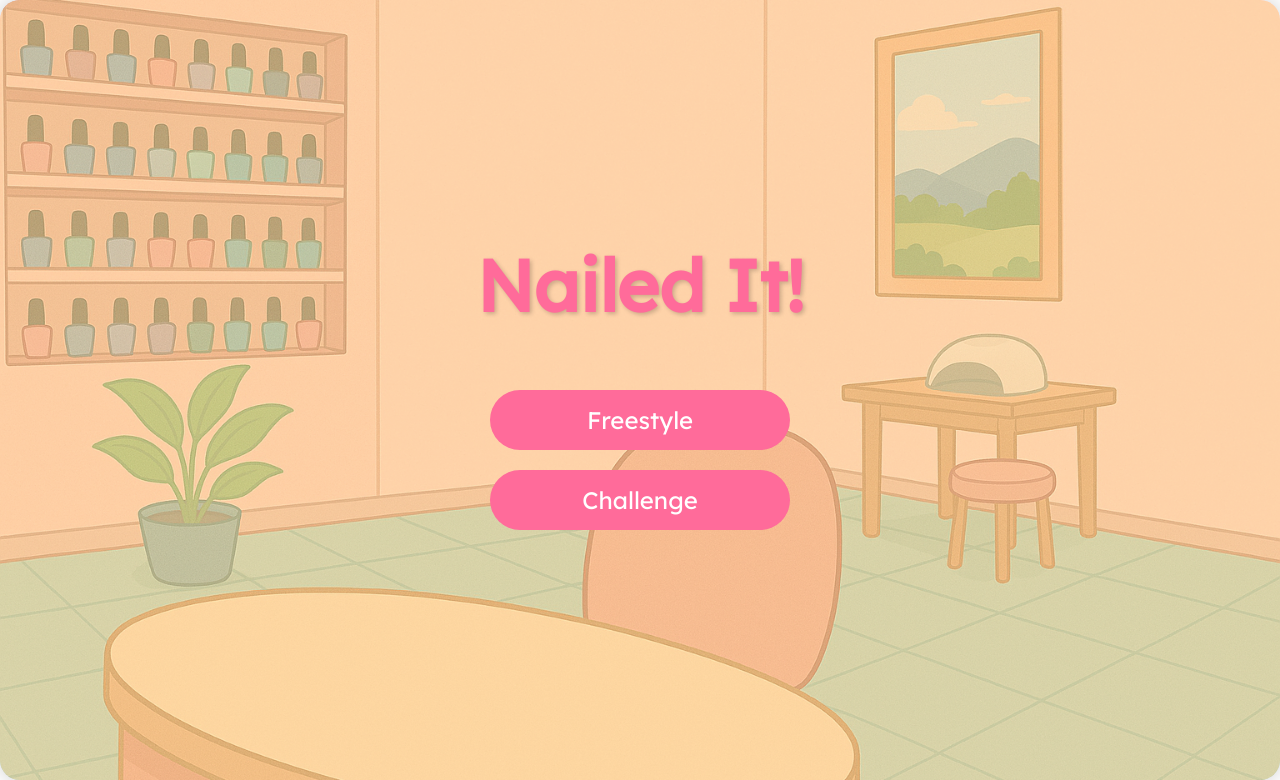
Repository: primcharlin/nailedit
Page: index.html
These files come from the project's save history. The page is drawn as it stood at one moment and after the next save; the edit follows.
The browser window is 1280 px wide. The pictures show the whole page.

Above is the page before, as saved 2025-05-05 22:51:13.

### index.html
<!DOCTYPE html>
<html lang="en">
    <head>
        <meta charset="UTF-8" />
        <meta
            name="viewport"
            content="width=device-width, initial-scale=1.0" />
        <title>Nail Salon Game</title>
        <link
            rel="stylesheet"
            href="styles.css" />
        <link
            href="https://fonts.googleapis.com/css2?family=Lexend&display=swap"
            rel="stylesheet" />
    </head>
    <body>
        <div id="game-container">
            <!-- Main Menu -->
            <div
                id="main-menu"
                class="menu">
                <h1>Nailed It!</h1>
                <button id="freestyle-button">Freestyle</button>
                <button id="challenge-button">Challenge</button>
            </div>

            <div
                id="character-selection"
                class="menu"
                style="display: none">
                <h1>Choose Your Character</h1>
                <div class="character-grid">
                    <div
                        class="character-option"
                        data-character="1">
                        <img
                            src="img/Avatar1.png"
                            alt="Character 1" />
                        <p>Emma</p>
                    </div>
                    <div
                        class="character-option"
                        data-character="2">
                        <img
                            src="img/Avatar2.png"
                            alt="Character 2" />
                        <p>Sophia</p>
                    </div>
                    <div
                        class="character-option"
                        data-character="3">
                        <img
                            src="img/Avatar3.png"
                            alt="Character 3" />
                        <p>Olivia</p>
                    </div>
                </div>
                <button id="back-to-mode">Back</button>
            </div>

            <!-- Game Area -->
            <div
                id="game-area"
                class="game-area"
                style="display: none">
                <!-- Character Display -->
                <div id="character-display"></div>

                <!-- Tools Panel will be created dynamically -->
                <div id="tools-panel"></div>

                <div id="hand">
                    <div
                        class="nail"
                        id="nail-1"></div>
                    <div
                        class="nail"
                        id="nail-2"></div>
                    <div
                        class="nail"
                        id="nail-3"></div>
                    <div
                        class="nail"
                        id="nail-4"></div>
                    <div
                        class="nail"
                        id="nail-5"></div>
                </div>

                <!-- Challenge Mode UI -->
                <div id="challenge-ui">
                    <h2>Reference Design</h2>
                    <div id="reference-image">
                        <div
                            class="reference-nail"
                            id="ref-nail-1"></div>
                        <div
                            class="reference-nail"
                            id="ref-nail-2"></div>
                        <div
                            class="reference-nail"
                            id="ref-nail-3"></div>
                        <div
                            class="reference-nail"
                            id="ref-nail-4"></div>
                        <div
                            class="reference-nail"
                            id="ref-nail-5"></div>
                    </div>
                    <div id="timer">60</div>
                </div>

                <!-- Controls -->
                <div id="controls">
                    <button
                        class="control-button"
                        id="reset-button">
                        Reset
                    </button>
                    <button
                        class="control-button"
                        id="back-button">
                        Main Menu
                    </button>
                    <button
                        class="control-button"
                        id="done-button">
                        Done
                    </button>
                </div>
            </div>

            <!-- Result Modal -->
            <div id="result-modal">
                <h2 id="result-title">Challenge Complete!</h2>
                <p id="result-message">You scored 85% match. Great job!</p>
                <div id="result-buttons">
                    <button
                        class="control-button"
                        id="try-again-button">
                        Try Again
                    </button>
                    <button
                        class="control-button"
                        id="menu-button">
                        Main Menu
                    </button>
                </div>
            </div>
        </div>

        <script src="script.js"></script>
    </body>
</html>

### styles.css
* {
    margin: 0;
    padding: 0;
    box-sizing: border-box;
    font-family: "Lexend", sans-serif;
}

body {
    background-color: white;
    display: flex;
    justify-content: center;
    align-items: center;
    min-height: 100vh;
    overflow: hidden;
}

h1 {
    font-family: "Lexend", sans-serif;
}

#game-container {
    width: 1300px;
    height: 780px;
    position: relative;
    background-image: url("img/background.png");
    background-size: cover;
    background-position: center;
    box-shadow: 0 0 20px rgba(0, 0, 0, 0.2);
    overflow: hidden;
    border-radius: 20px;
}

/* Main Menu */
#main-menu {
    position: absolute;
    width: 100%;
    height: 100%;
    display: flex;
    flex-direction: column;
    justify-content: center;
    align-items: center;
    background-color: rgba(255, 221, 161, 0.625);
    z-index: 100;
}

#main-menu h1 {
    font-size: 72px;
    color: #ff6b9a;
    margin-bottom: 50px;
    text-shadow: 2px 2px 4px rgba(0, 0, 0, 0.2);
}

.logo {
    width: 400px;
    height: auto;
    margin-bottom: 50px;
    transition: transform 0.3s ease;
}

.logo:hover {
    transform: scale(1.1);
}

#main-menu button {
    background-color: #ff6b9a;
    color: white;
    border: none;
    padding: 15px 30px;
    margin: 10px;
    font-size: 24px;
    border-radius: 30px;
    cursor: pointer;
    transition: all 0.3s ease;
    width: 300px;
}

#main-menu button:hover {
    background-color: #ff4d85;
    transform: scale(1.05);
}

/* Character Selection */
#character-selection {
    position: absolute;
    width: 100%;
    height: 100%;
    display: flex;
    flex-direction: column;
    justify-content: center;
    align-items: center;
    background-color: rgba(255, 255, 255, 0.3);
    z-index: 100;
}

#character-selection h1 {
    font-size: 48px;
    color: #ff6b9a;
    margin-bottom: 30px;
    text-shadow: 2px 2px 4px rgba(0, 0, 0, 0.2);
}

/* Game Area */
#game-area {
    display: none;
    width: 100%;
    height: 100%;
    position: relative;
    padding: 20px;
    overflow: hidden;
}

/* Horizontal Tools Panel */
.horizontal-tools-panel {
    position: absolute;
    top: 50%;
    right: 20px;
    transform: translateY(-50%);
    width: 100px;
    background-color: white;
    border-radius: 20px;
    padding: 15px;
    box-shadow: 0 0 15px rgba(0, 0, 0, 0.1);
    z-index: 10;
    display: flex;
    flex-direction: column;
    gap: 15px;
}

.category-button {
    width: 70px;
    height: 70px;
    display: flex;
    flex-direction: column;
    align-items: center;
    justify-content: center;
    padding: 10px;
    border-radius: 15px;
    cursor: pointer;
    transition: all 0.2s ease;
    background-color: #fff;
}

.category-button:hover {
    background-color: #ffdee7;
}

.category-button.active {
    background-color: #ffb8cb;
}

.category-icon {
    width: 40px;
    height: 40px;
    margin-bottom: 5px;
    background-size: contain;
    background-repeat: no-repeat;
    background-position: center;
}

.category-name {
    font-size: 12px;
    text-align: center;
    color: #333;
}

.options-container {
    position: absolute;
    right: 140px; /* Position to the left of the tools panel */
    top: 50%;
    transform: translateY(-50%);
    display: none;
    flex-direction: column;
    gap: 10px;
    background-color: white;
    padding: 15px;
    border-radius: 20px;
    box-shadow: 0 0 15px rgba(0, 0, 0, 0.1);
    max-height: 80vh;
    overflow-y: auto;
}

.option-item {
    width: 60px;
    height: 60px;
    display: flex;
    align-items: center;
    justify-content: center;
    border-radius: 10px;
    cursor: pointer;
    transition: all 0.2s ease;
    background-color: #fff;
    padding: 5px;
}

.option-item:hover {
    transform: scale(1.1);
    background-color: #ffdee7;
}

.option-item.selected {
    border: 3px solid #ff6b9a;
    background-color: #ffdee7;
}

.option-icon {
    width: 50px;
    height: 50px;
    background-size: contain;
    background-repeat: no-repeat;
    background-position: center;
}

.color-preview {
    width: 35px;
    height: 35px;
    border-radius: 50%;
}

.deco-preview {
    width: 35px;
    height: 35px;
    background-size: contain;
    background-repeat: no-repeat;
    background-position: center;
}

/* Character Display */
#character-display {
    position: absolute;
    top: 0;
    left: 0;
    width: 100%;
    height: 100%;
    z-index: 0;
    display: flex;
    justify-content: center;
    align-items: center;
    pointer-events: none;
}

#character-display img {
    max-width: 60%;
    max-height: 60%;
    object-fit: contain;
    transform: none;
}

/* Hand area */
#hand {
    position: absolute;
    bottom: 80px;
    left: 50%;
    transform: translateX(-50%);
    width: 720px;
    height: 200px;
    background-color: #ffebe7;
    border-radius: 100px;
    display: flex;
    justify-content: space-around;
    align-items: center;
    padding: 0 40px;
    z-index: 5;
}

.nail {
    position: relative;
    width: 72px;
    height: 108px;
    background-color: #ffdee7;
    border-radius: 36px 36px 0 0;
    cursor: pointer;
    z-index: 5;
    transition: all 0.2s ease;
}

#nail-1,
#nail-2,
#nail-3,
#nail-4,
#nail-5 {
    position: relative;
    transform: none;
    bottom: 0;
    left: 0;
}

.nail:hover {
    transform: translateY(-10px);
}

/* Decoration classes */
.glitter-gold {
    background-image: radial-gradient(circle, #ffdc73 10%, transparent 10%),
        radial-gradient(circle, #ffdc73 10%, transparent 10%);
    background-color: gold;
    background-size: 10px 10px;
    background-position: 0 0, 5px 5px;
}
.glitter-silver {
    background-image: radial-gradient(circle, #ffffff 10%, transparent 10%),
        radial-gradient(circle, #ffffff 10%, transparent 10%);
    background-color: silver;
    background-size: 10px 10px;
    background-position: 0 0, 5px 5px;
}
.glitter-rainbow {
    background-image: linear-gradient(
        45deg,
        red,
        orange,
        yellow,
        green,
        blue,
        indigo,
        violet
    );
}
.glitter-blue {
    background-image: radial-gradient(circle, #ffffff 10%, transparent 10%),
        radial-gradient(circle, #ffffff 10%, transparent 10%);
    background-color: #00ffff;
    background-size: 10px 10px;
    background-position: 0 0, 5px 5px;
}
.glitter-pink {
    background-image: radial-gradient(circle, #ffffff 10%, transparent 10%),
        radial-gradient(circle, #ffffff 10%, transparent 10%);
    background-color: #ff69b4;
    background-size: 10px 10px;
    background-position: 0 0, 5px 5px;
}

.pattern-stripes {
    background-image: repeating-linear-gradient(
        45deg,
        transparent,
        transparent 10px,
        #ff6b9a 10px,
        #ff6b9a 20px
    );
}
.pattern-dots {
    background-image: radial-gradient(circle, #ff6b9a 20%, transparent 20%),
        radial-gradient(circle, #ff6b9a 20%, transparent 20%);
    background-size: 20px 20px;
    background-position: 0 0, 10px 10px;
}
.pattern-zigzag {
    background-image: linear-gradient(135deg, #ff6b9a 25%, transparent 25%) 0 0,
        linear-gradient(225deg, #ff6b9a 25%, transparent 25%) 0 0,
        linear-gradient(315deg, #ff6b9a 25%, transparent 25%) 0 0,
        linear-gradient(45deg, #ff6b9a 25%, transparent 25%) 0 0;
    background-size: 20px 20px;
}
.pattern-leopard {
    background-image: radial-gradient(
        ellipse,
        #000000 0%,
        #000000 30%,
        transparent 30%
    );
    background-size: 30px 30px;
    background-repeat: repeat;
}
.pattern-marble {
    background-image: linear-gradient(
            to right,
            rgba(255, 255, 255, 0.1),
            rgba(255, 255, 255, 0.5)
        ),
        linear-gradient(120deg, rgba(0, 0, 0, 0.1), rgba(0, 0, 0, 0.3));
}

.sticker-heart:after {
    content: "❤";
    font-size: 40px;
    color: red;
    display: flex;
    justify-content: center;
    align-items: center;
    height: 100%;
}
.sticker-star:after {
    content: "★";
    font-size: 40px;
    color: gold;
    display: flex;
    justify-content: center;
    align-items: center;
    height: 100%;
}
.sticker-flower:after {
    content: "✿";
    font-size: 40px;
    color: #ff6b9a;
    display: flex;
    justify-content: center;
    align-items: center;
    height: 100%;
}
.sticker-butterfly:after {
    content: "🦋";
    font-size: 40px;
    display: flex;
    justify-content: center;
    align-items: center;
    height: 100%;
}
.sticker-diamond:after {
    content: "💎";
    font-size: 40px;
    display: flex;
    justify-content: center;
    align-items: center;
    height: 100%;
}

.gem-round:after {
    content: "";
    position: absolute;
    top: 50%;
    left: 50%;
    transform: translate(-50%, -50%);
    width: 20px;
    height: 20px;
    background-color: #00ffff;
    border-radius: 50%;
    box-shadow: 0 0 5px #00ffff, 0 0 10px #00ffff;
}
.gem-square:after {
    content: "";
    position: absolute;
    top: 50%;
    left: 50%;
    transform: translate(-50%, -50%);
    width: 20px;
    height: 20px;
    background-color: #ff00ff;
    box-shadow: 0 0 5px #ff00ff, 0 0 10px #ff00ff;
}
.gem-teardrop:after {
    content: "";
    position: absolute;
    top: 50%;
    left: 50%;
    transform: translate(-50%, -50%) rotate(45deg);
    width: 15px;
    height: 25px;
    background-color: #4169e1;
    border-radius: 50% 50% 50% 0;
    box-shadow: 0 0 5px #4169e1, 0 0 10px #4169e1;
}
.gem-heart:after {
    content: "❤";
    font-size: 25px;
    color: #ff0000;
    display: flex;
    justify-content: center;
    align-items: center;
    height: 100%;
    text-shadow: 0 0 5px #ff0000, 0 0 10px #ff0000;
}
.gem-star:after {
    content: "★";
    font-size: 25px;
    color: #ffd700;
    display: flex;
    justify-content: center;
    align-items: center;
    height: 100%;
    text-shadow: 0 0 5px #ffd700, 0 0 10px #ffd700;
}

/* Challenge Mode UI */
#challenge-ui {
    display: none;
    position: absolute;
    top: 50%;
    left: 20px;
    transform: translateY(-50%);
    width: 240px;
    background-color: white;
    border-radius: 20px;
    padding: 20px;
    box-shadow: 0 0 15px rgba(0, 0, 0, 0.1);
    z-index: 10;
}

#reference-image {
    width: 100%;
    height: 180px;
    background-color: #ffdee7;
    margin-bottom: 20px;
    border: 1px solid #ddd;
    border-radius: 10px;
    display: flex;
    justify-content: center;
    align-items: center;
    gap: 10px;
}

#timer {
    font-size: 32px;
    text-align: center;
    margin-bottom: 20px;
    color: #ff6b9a;
}

/* UI Controls */
#controls {
    position: absolute;
    bottom: 24px;
    left: 50%;
    transform: translateX(-50%);
    display: flex;
    gap: 24px;
    z-index: 10;
}

.control-button {
    background-color: #ff6b9a;
    color: white;
    border: none;
    padding: 12px 24px;
    font-size: 21.6px;
    border-radius: 24px;
    cursor: pointer;
    transition: all 0.3s ease;
}

.control-button:hover {
    background-color: #ff4d85;
}

/* Modal for results */
#result-modal {
    display: none;
    position: absolute;
    top: 50%;
    left: 50%;
    transform: translate(-50%, -50%);
    width: 400px;
    background-color: white;
    border-radius: 20px;
    padding: 30px;
    box-shadow: 0 0 30px rgba(0, 0, 0, 0.3);
    text-align: center;
    z-index: 200;
}

#result-title {
    font-size: 36px;
    margin-bottom: 20px;
    color: #ff6b9a;
}

#result-message {
    font-size: 20px;
    margin-bottom: 30px;
}

#result-buttons {
    display: flex;
    justify-content: center;
    gap: 20px;
}

/* Reference nails for challenge mode */
.reference-nail {
    width: 25px;
    height: 38px;
    background-color: #ffdee7;
    border-radius: 12px 12px 0 0;
    display: inline-block;
}

.character-grid {
    display: grid;
    grid-template-columns: repeat(3, 1fr);
    gap: 30px;
    margin: 30px 0;
}

.character-option {
    display: flex;
    flex-direction: column;
    align-items: center;
    padding: 20px;
    border: 2px solid #ff6b9a;
    border-radius: 15px;
    cursor: pointer;
    transition: transform 0.2s, box-shadow 0.2s;
    background-color: rgba(255, 255, 255, 0.8);
}

.character-option:hover {
    transform: scale(1.05);
    box-shadow: 0 0 15px rgba(255, 107, 154, 0.3);
}

.character-option img {
    width: 150px;
    height: 150px;
    object-fit: cover;
    border-radius: 15px;
    margin-bottom: 15px;
    border: solid 2px #ff6b9a;
}

.character-option p {
    margin: 0;
    font-size: 1.5em;
    color: #333;
}

#back-to-mode {
    margin-top: 20px;
    padding: 10px 20px;
    background-color: #ff6b9a;
    color: white;
    border: none;
    border-radius: 5px;
    cursor: pointer;
    font-size: 1em;
    transition: background-color 0.2s;
}

#back-to-mode:hover {
    background-color: #ff4d8a;
}

Loaded but not shown: script.js (709 lines, source omitted)

After the next save:
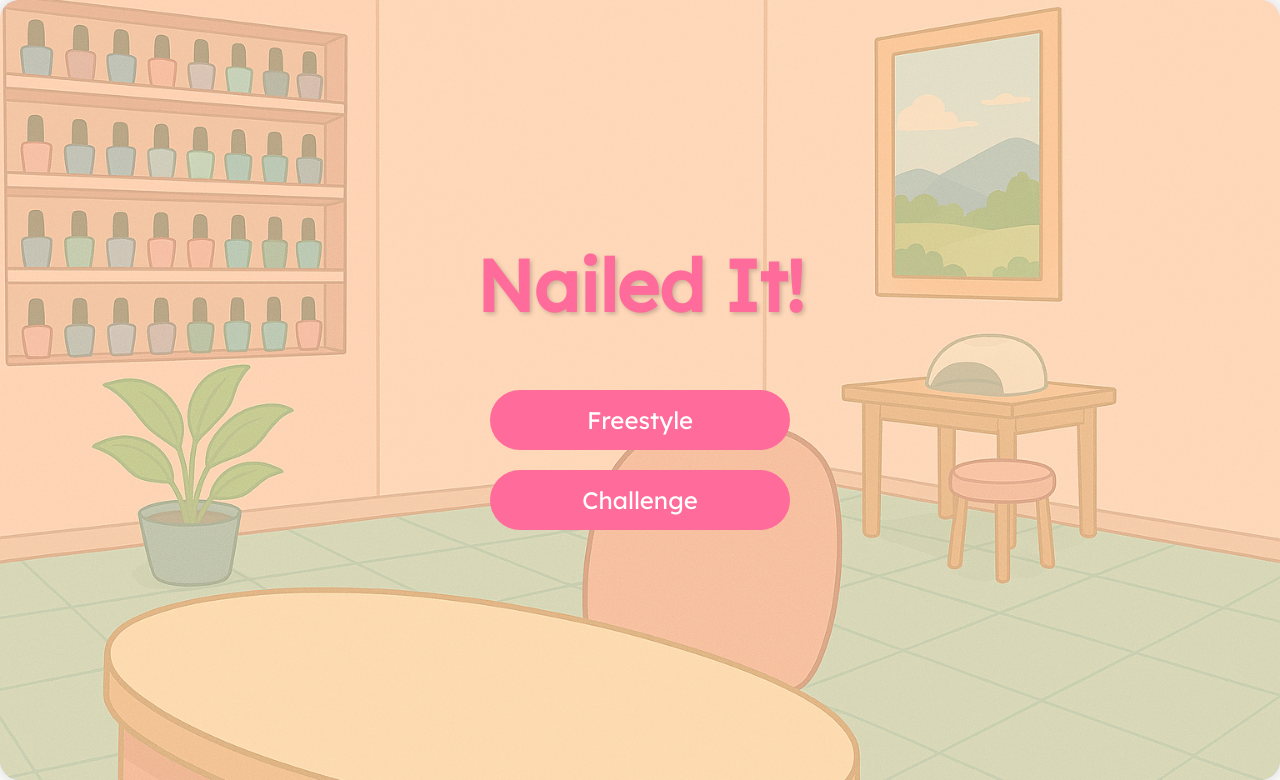
Saved 6 s later.
--- a/styles.css
+++ b/styles.css
@@ -39,7 +39,7 @@ h1 {
     flex-direction: column;
     justify-content: center;
     align-items: center;
-    background-color: rgba(255, 221, 161, 0.625);
+    background-color: rgba(255, 230, 187, 0.625);
     z-index: 100;
 }
 
